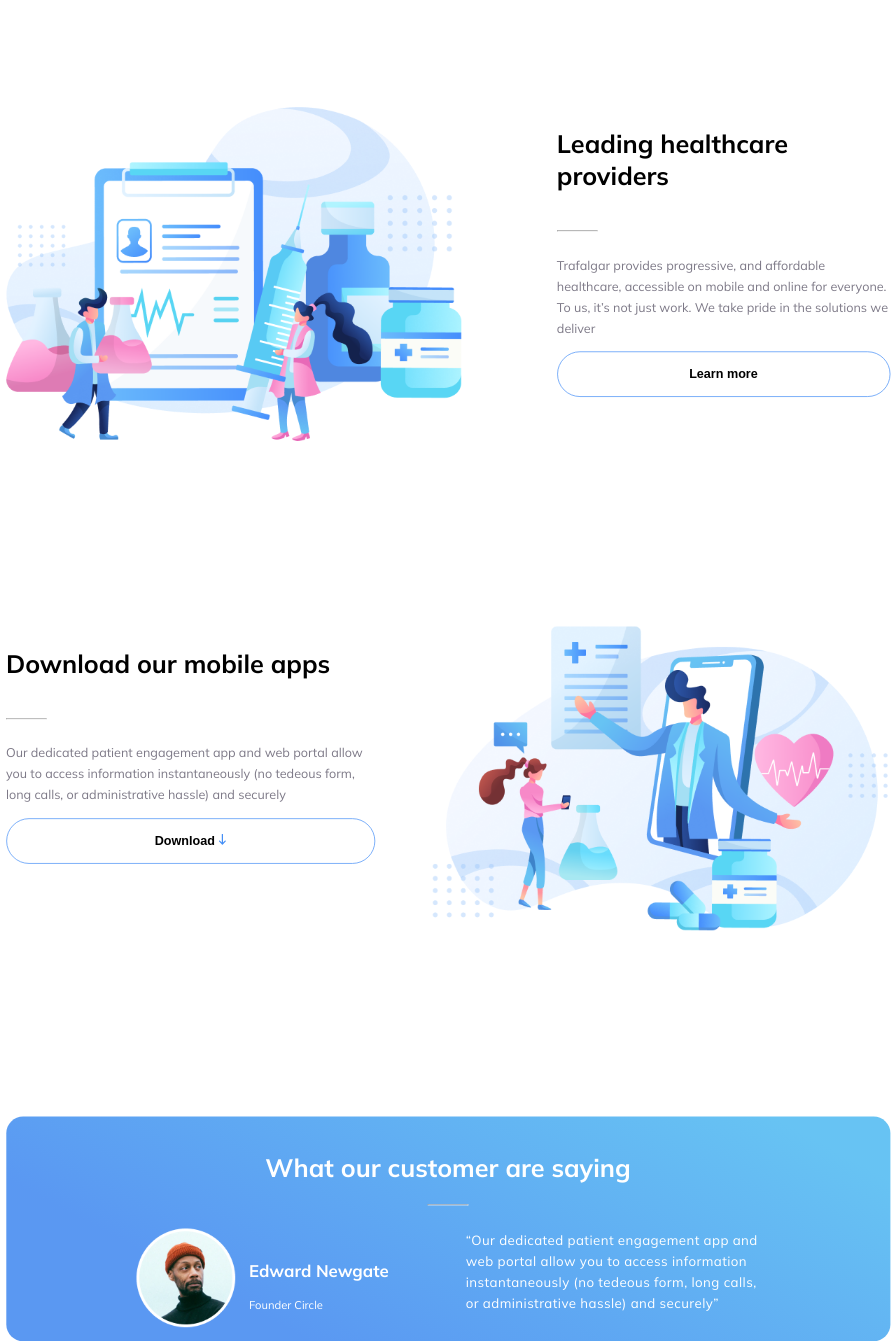
Repository: ivan-developer-01/trafalgar-layout
Page: index.html
The author's editor kept a copy of each file at every save. The page is drawn from the files as they stood at one save, then again after the next save.
The browser window is 1280 px wide. The pictures show the part of the page from y = 2050 to 3970 px (the page is 3966 px tall before and 3970 px after), at 70% of full size.

Above is the page before, as saved 2024-11-08 16:07:40.

After the next save:
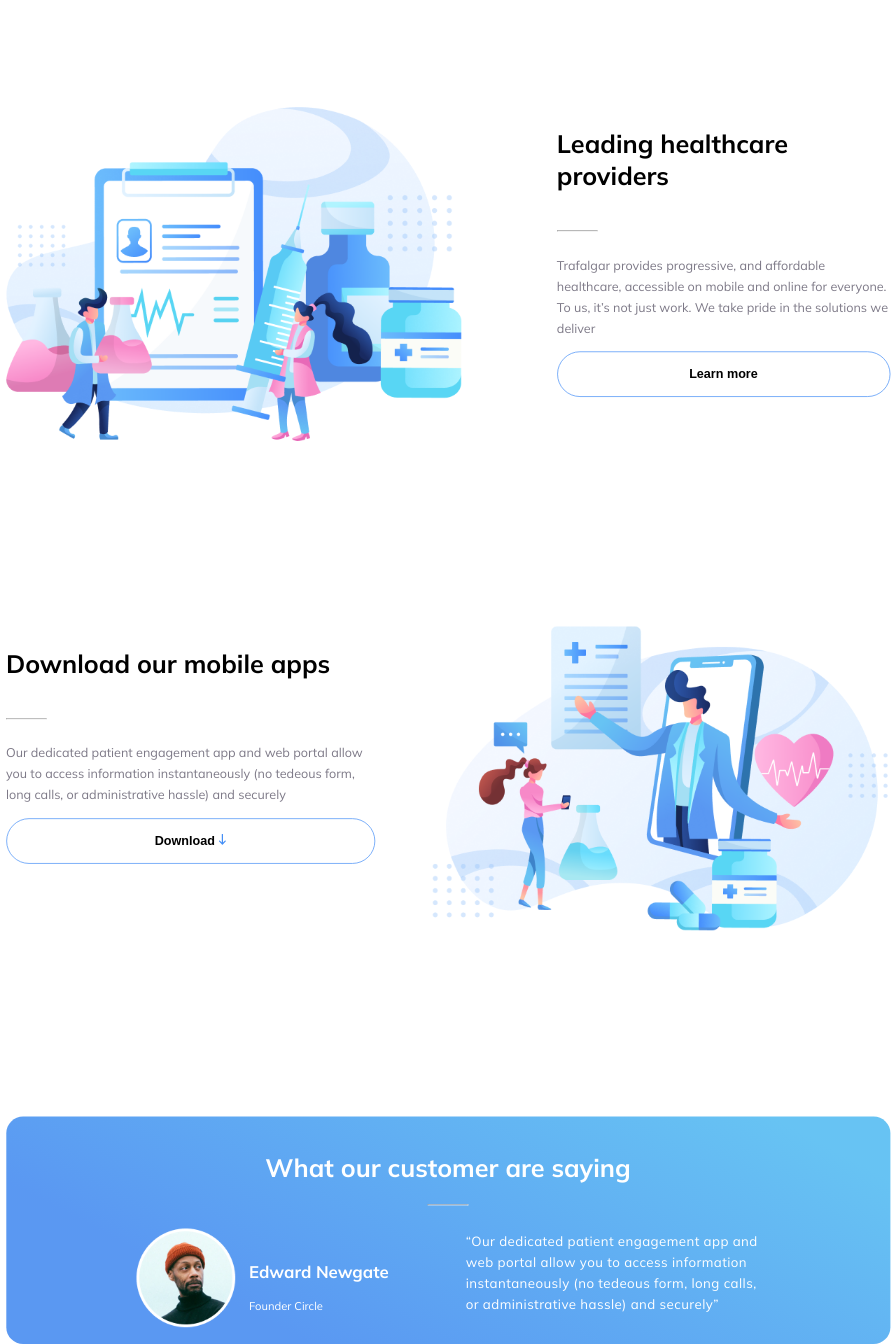
Saved 18 s later.
--- a/index.html
+++ b/index.html
@@ -155,7 +155,7 @@ lovely family</p>
 				<div class="review-slider">
 					<div class="review">
 						<div class="review-user">
-							<img src="images/reviews/avatar-1.png" alt="Avatar" class="avatar">
+							<div><img src="images/reviews/avatar-1.png" alt="Avatar" class="avatar"></div>
 							<div class="user-credentials">
 								<h3>Edward Newgate</h3>
 								<span>Founder Circle</span>
